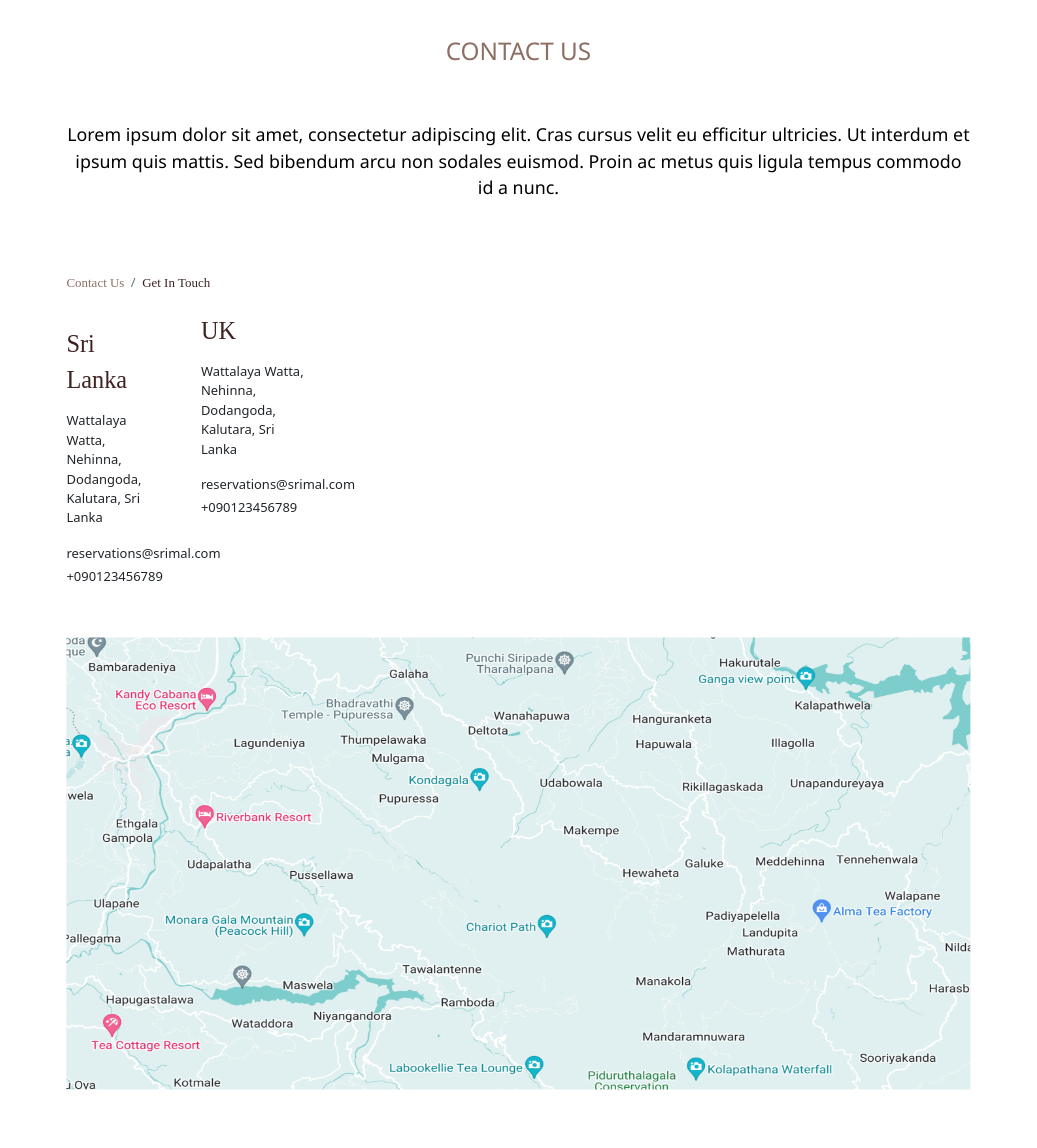
Repository: kaushalyaweerakoon/Plantation-Villa
Page: contact-us.html
The author's editor kept a copy of each file at every save. The page is drawn from the files as they stood at one save, then again after the next save.
The browser window is 1280 px wide. The pictures show the whole page, at 81% of full size.
Some web fonts or font styles are not loaded; a fallback is used.

Above is the page before, as saved 2022-08-15 12:20:02.
Not found: assets/js/main.js

After the next save:
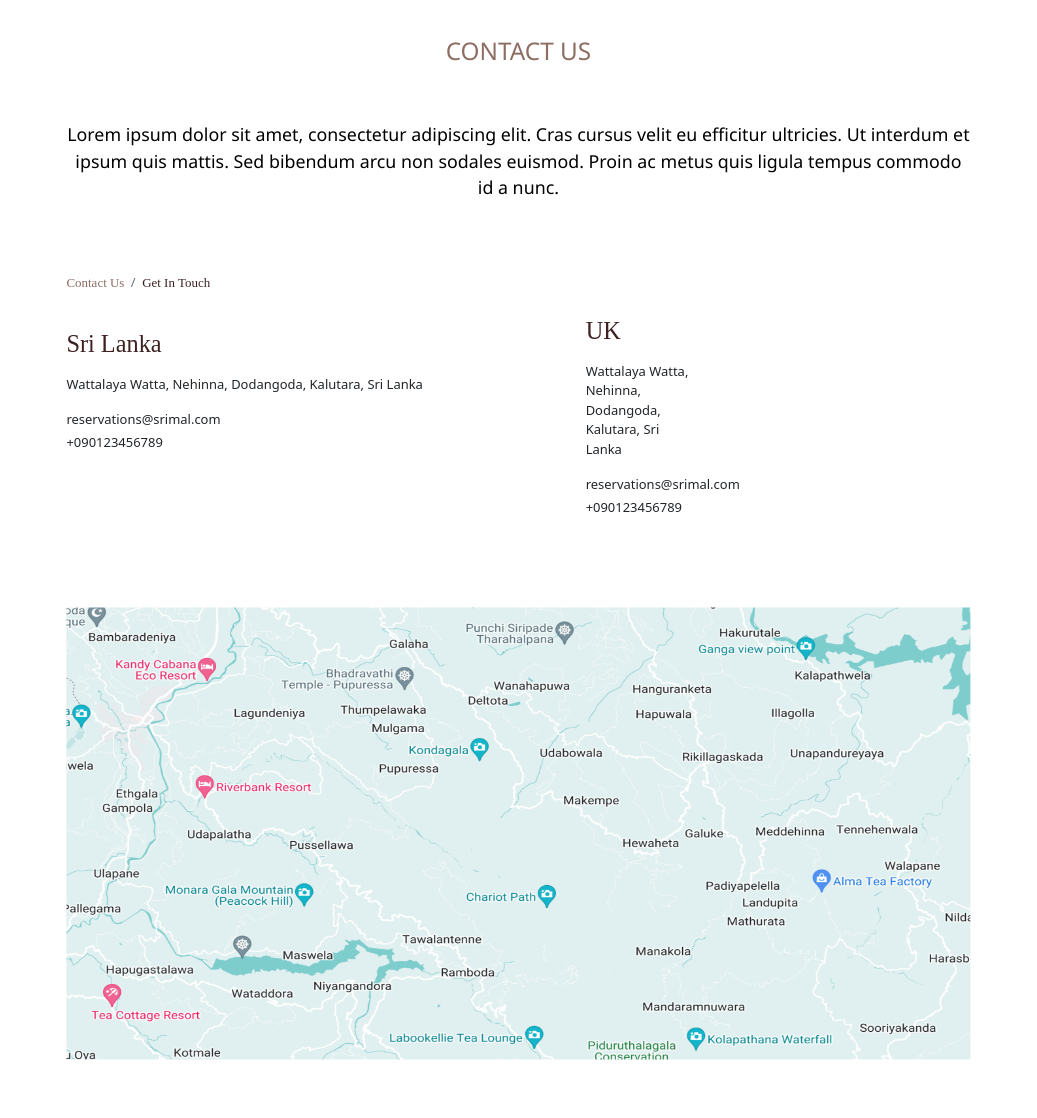
Saved 5 s later.
--- a/contact-us.html
+++ b/contact-us.html
@@ -54,7 +54,7 @@
     <!--/ Breadcrumb -->
 
     <div class="row gy-3 gx-4">
-        <div class=" col-7 gx-4 gy-3 justify-content-between pe-5 row col-md-4 col-xl-2 pe-xl-5 order-1">
+        <div class=" col-7 gx-4 gy-3 justify-content-between pe-5 row">
 
             <div class="col col-xl-12">
                 <p class="country-text">Sri Lanka</p>
